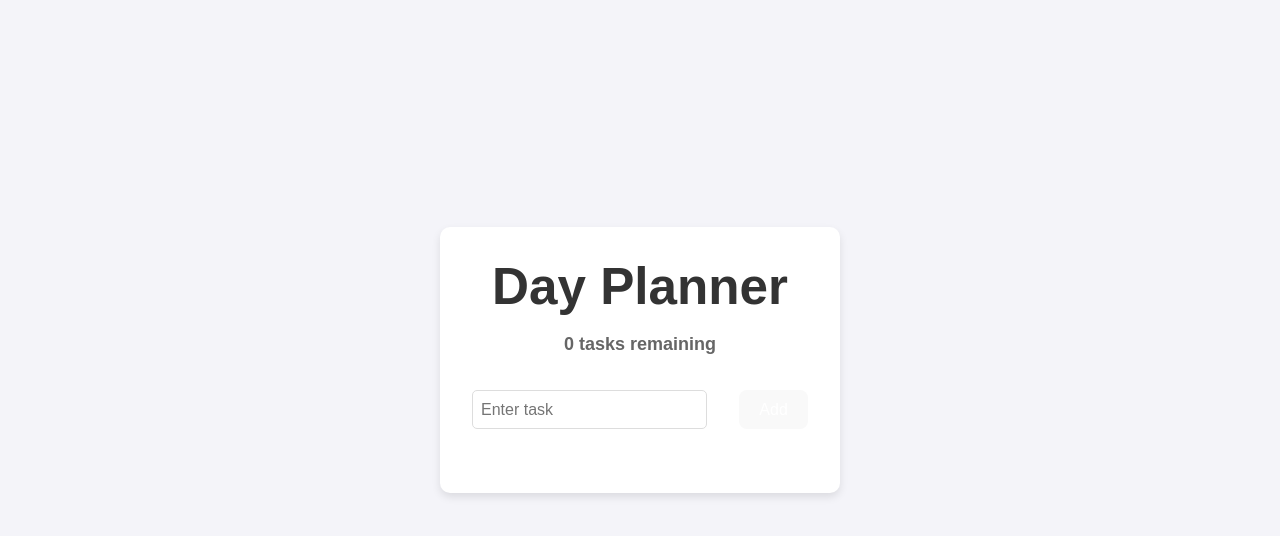
Repository: GavinPahal/lab5
Page: /
The author's editor kept a copy of each file at every save. The page is drawn from the files as they stood at one save, then again after the next save.
The browser window is 1280 px wide. The pictures show the whole page.
The project was rebuilt for these pictures with package versions that can differ from the ones it lists, and the page was loaded fresh each time. Also part of the build but not shown: vite.config.js, components/Task.jsx.

Above is the page before, as saved 2024-10-11 17:18:16.

### src/App.jsx
// src/App.jsx
import React, { useState } from 'react';
import Header from '../components/Header';
import TaskForm from '../components/TaskForm';
import TaskList from '../components/TaskList';
import './App.css';

function App() {
  const [tasks, setTasks] = useState([]);

  const addTask = (name) => {
    setTasks([...tasks, { id: Date.now(), name, isCompleted: false }]);
  };

  const toggleComplete = (id) => {
    setTasks(
      tasks.map((task) =>
        task.id === id ? { ...task, isCompleted: !task.isCompleted } : task
      )
    );
  };

  const deleteTask = (id) => {
    setTasks(tasks.filter((task) => task.id !== id));
  };

  const pendingTasksCount = tasks.filter((task) => !task.isCompleted).length;

  return (
    <div className="app">
      <Header pendingTasksCount={pendingTasksCount} />
      <TaskForm addTask={addTask} />
      <TaskList
        tasks={tasks}
        toggleComplete={toggleComplete}
        deleteTask={deleteTask}
      />
    </div>
  );
}

export default App;

### components/Header.jsx
// components/Header.jsx
import React from 'react';

function Header({ pendingTasksCount }) {
  return (
    <header>
      <h1>Day Planner</h1>
      <h2>{pendingTasksCount} tasks remaining</h2>
    </header>
  );
}

export default Header;

### components/TaskForm.jsx
// components/TaskForm.jsx
import React, { useState } from 'react';

function TaskForm({ addTask }) {
  const [taskName, setTaskName] = useState('');

  const handleSubmit = (e) => {
    e.preventDefault();
    if (taskName.trim()) {
      addTask(taskName);
      setTaskName('');
    }
  };

  return (
    <form onSubmit={handleSubmit}>
      <input
        type="text"
        value={taskName}
        onChange={(e) => setTaskName(e.target.value)}
        placeholder="Enter task"
      />
      <button type="submit">Add</button>
    </form>
  );
}

export default TaskForm;

### components/TaskList.jsx
// components/TaskList.jsx
import React from 'react';
import Task from './Task';

function TaskList({ tasks, toggleComplete, deleteTask }) {
  return (
    <div className="task-list">
      {tasks.map((task) => (
        <Task
          key={task.id}
          task={task}
          toggleComplete={toggleComplete}
          deleteTask={deleteTask}
        />
      ))}
    </div>
  );
}

export default TaskList;

### src/App.css
/* src/App.css */
* {
  margin: 0;
  padding: 0;
  box-sizing: border-box;
  font-family: Arial, sans-serif;
}

body {
  background-color: #f4f4f9;
  display: flex;
  justify-content: center;
  align-items: center;
  height: 100vh;
}

.app {
  background-color: #fff;
  padding: 2rem;
  border-radius: 10px;
  box-shadow: 0 4px 8px rgba(0, 0, 0, 0.1);
  width: 400px;
  text-align: center;
}

h1 {
  font-size: 24px;
  margin-bottom: 1rem;
  color: #333;
}

h2 {
  font-size: 18px;
  margin-bottom: 2rem;
  color: #666;
}

form {
  display: flex;
  justify-content: space-between;
  margin-bottom: 2rem;
}

input[type="text"] {
  width: 70%;
  padding: 0.5rem;
  border-radius: 5px;
  border: 1px solid #ddd;
  font-size: 16px;
}

button {
  padding: 0.5rem 1rem;
  border-radius: 5px;
  border: none;
  background-color: #28a745;
  color: #fff;
  font-size: 16px;
  cursor: pointer;
}

button:hover {
  background-color: #218838;
}

.task-list {
  list-style: none;
  padding: 0;
}

.task {
  display: flex;
  justify-content: space-between;
  align-items: center;
  margin-bottom: 10px;
  padding: 0.5rem;
  border-bottom: 1px solid #eee;
}

input[type="checkbox"] {
  transform: scale(1.2);
}

.completed span {
  text-decoration: line-through;
  color: #777;
}

button.delete {
  background-color: #dc3545;
  padding: 0.2rem 0.5rem;
}

button.delete:hover {
  background-color: #c82333;
}

Loaded but not shown: index.html (common file); src/main.jsx (common file); src/index.css (common file)

After the next save:
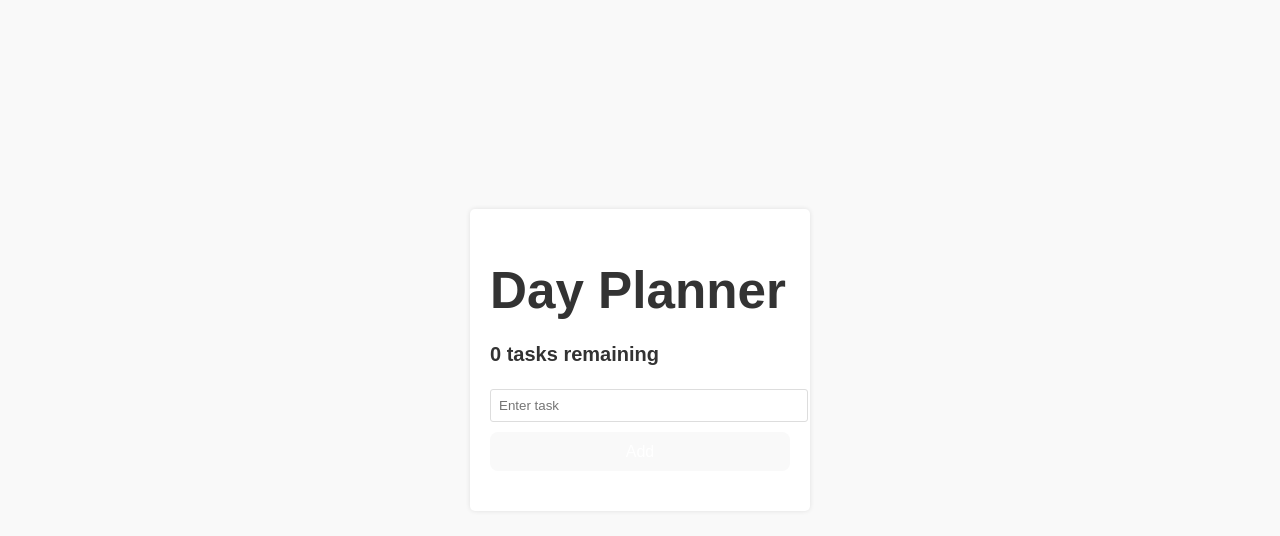
Saved 2 min 32 s later.
--- a/src/App.css
+++ b/src/App.css
@@ -1,96 +1,77 @@
 /* src/App.css */
-* {
-  margin: 0;
-  padding: 0;
-  box-sizing: border-box;
+body {
   font-family: Arial, sans-serif;
-}
-
-body {
-  background-color: #f4f4f9;
+  background-color: #f9f9f9;
   display: flex;
   justify-content: center;
   align-items: center;
   height: 100vh;
+  margin: 0;
 }
 
 .app {
-  background-color: #fff;
-  padding: 2rem;
-  border-radius: 10px;
-  box-shadow: 0 4px 8px rgba(0, 0, 0, 0.1);
-  width: 400px;
-  text-align: center;
+  background-color: white;
+  padding: 20px;
+  border-radius: 5px;
+  width: 300px;
+  box-shadow: 0px 0px 5px rgba(0, 0, 0, 0.1);
 }
 
-h1 {
-  font-size: 24px;
-  margin-bottom: 1rem;
+h1, h2 {
+  font-size: 20px;
+  margin-bottom: 20px;
   color: #333;
 }
 
-h2 {
-  font-size: 18px;
-  margin-bottom: 2rem;
-  color: #666;
-}
-
 form {
-  display: flex;
-  justify-content: space-between;
-  margin-bottom: 2rem;
+  margin-bottom: 20px;
 }
 
 input[type="text"] {
-  width: 70%;
-  padding: 0.5rem;
-  border-radius: 5px;
+  width: 100%;
+  padding: 8px;
+  margin-bottom: 10px;
   border: 1px solid #ddd;
-  font-size: 16px;
+  border-radius: 3px;
 }
 
 button {
-  padding: 0.5rem 1rem;
-  border-radius: 5px;
+  padding: 8px 10px;
   border: none;
   background-color: #28a745;
-  color: #fff;
-  font-size: 16px;
+  color: white;
   cursor: pointer;
+  width: 100%;
 }
 
 button:hover {
   background-color: #218838;
 }
 
-.task-list {
-  list-style: none;
-  padding: 0;
-}
-
 .task {
   display: flex;
   justify-content: space-between;
   align-items: center;
-  margin-bottom: 10px;
-  padding: 0.5rem;
-  border-bottom: 1px solid #eee;
+  padding: 10px 0;
+  border-bottom: 1px solid #ddd;
 }
 
-input[type="checkbox"] {
-  transform: scale(1.2);
-}
-
-.completed span {
-  text-decoration: line-through;
-  color: #777;
+.task span {
+  flex: 1;
 }
 
 button.delete {
   background-color: #dc3545;
-  padding: 0.2rem 0.5rem;
+  padding: 5px;
+  color: white;
+  cursor: pointer;
 }
 
 button.delete:hover {
   background-color: #c82333;
 }
+
+.completed span {
+  text-decoration: line-through;
+  color: gray;
+}
